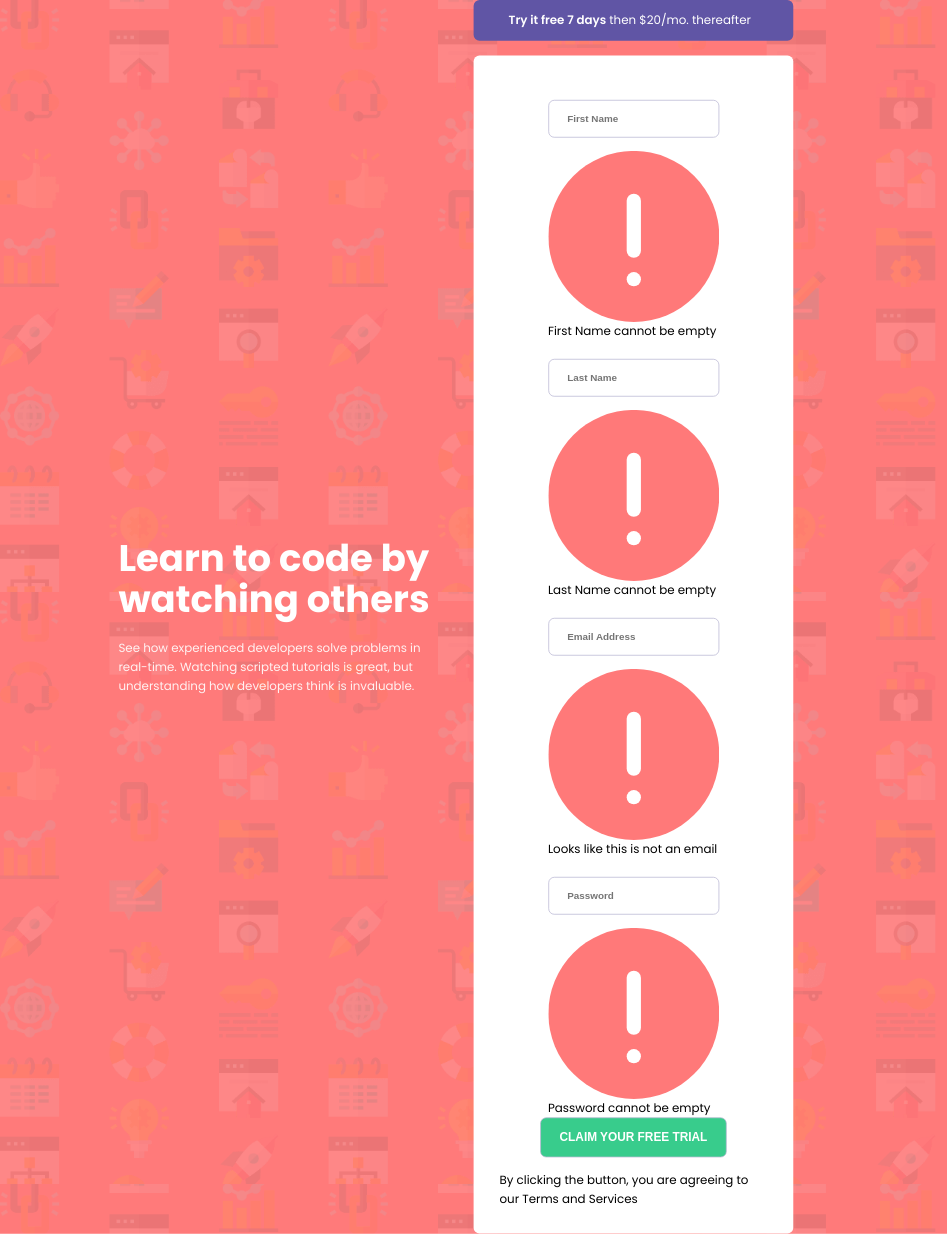
Repository: cipdanila/intro-component-with-sign-up-form
Page: v1/index.html
The author's editor kept a copy of each file at every save. The page is drawn from the files as they stood at one save, then again after the next save.
The browser window is 1280 px wide. The pictures show the whole page, at 74% of full size.

Above is the page before, as saved 2024-02-19 18:57:55.

### v1/index.html
<!DOCTYPE html>
<html lang="en">
    <head>
        <meta charset="UTF-8" />
        <meta name="viewport" content="width=device-width, initial-scale=1.0" />
        <!-- displays site properly based on user's device -->

        <link rel="icon" type="image/png" sizes="32x32" href="./images/favicon-32x32.png" />
        <link rel="stylesheet" href="style/style.css" />
        <title>Frontend Mentor | Intro component with sign up form</title>
    </head>
    <body>
        <main>
            <section class="learn-container">
                <h1>Learn to code by watching others</h1>
                <p>
                    See how experienced developers solve problems in real-time. Watching scripted tutorials is great, but
                    understanding how developers think is invaluable.
                </p>
            </section>
            <section class="form-container">
                <div class="head"><span>Try it free 7 days</span> then $20/mo. thereafter</div>
                <form action="#" id="form">
                    <div>
                        <label for="fname"></label><br />
                        <input type="text" name="fname" id="fname" placeholder="First Name" required />
                        <img src="./images/icon-error.svg" class="error-icon" alt="error-img" />
                        <span class="error-message">First Name cannot be empty</span>
                    </div>
                    <div>
                        <label for="lname"></label><br />
                        <input type="text" name="lname" id="lname" placeholder="Last Name" required />
                        <img src="./images/icon-error.svg" class="error-icon" alt="error-img" />
                        <span class="error-message">Last Name cannot be empty</span>
                    </div>
                    <div>
                        <label for="email"></label><br />
                        <input type="email" name="email" id="email" placeholder="Email Address" required />
                        <img src="./images/icon-error.svg" class="error-icon" alt="error-img" />
                        <span class="error-message">Looks like this is not an email</span>
                    </div>
                    <div>
                        <label for="password"></label><br />
                        <input type="password" name="password" id="password" placeholder="Password" required />
                        <img src="./images/icon-error.svg" class="error-icon" alt="error-img" />
                        <span class="error-message">Password cannot be empty</span>
                    </div>
                    <button type="submit">Claim your free trial</button>
                    <p class="form-footer">By clicking the button, you are agreeing to our <span>Terms and Services</span></p>
                </form>
            </section>
        </main>
    </body>
</html>

### v1/style/style.css
@import url("https://fonts.googleapis.com/css2?family=Poppins:wght@400;500;600;700&display=swap");

:root {
    /* Colors */
    /* Primary */
    --red: hsl(0, 100%, 74%);
    --green: hsl(154, 59%, 51%);
    /* Accent */
    --blue: hsl(248, 32%, 49%);
    /* Neutral */
    --dark-blue: hsl(249, 10%, 26%);
    --grayish-blue: hsl(246, 25%, 77%);
    --white: #fff;
    /* Other variables */
    --font-size-base: 1rem; /* 16px */
    --font-weight-base: 400;
}

*,
*::after,
*::before {
    margin: 0;
    padding: 0;
    box-sizing: border-box;
}

body,
html {
    font-family: "Poppins", sans-serif;
    font-size: var(--font-size-base);
    font-weight: var(--font-weight-base);
}

main {
    display: flex;
    justify-content: center;
    align-items: center;
    min-height: 800px;
    max-width: 1440px;
    background-image: url(/images/bg-intro-desktop.png);
    background-color: var(--red);
    padding: 0 10rem;
}

section {
    max-width: 100%;
    width: 50%;
}

.learn-container {
    color: var(--white);
    padding-right: 30px;
}

.learn-container h1 {
    font-size: 50px;
    line-height: 56px;
    margin-bottom: 25px;
}

.learn-container p {
    line-height: 26px;
    opacity: 0.9;
}

.form-container .head {
    background-color: var(--blue);
    color: var(--white);
    width: 90%;
    padding: 15px 20px;
    text-align: center;
    margin-bottom: 20px;
    border-radius: 0.5rem;
    padding-right: 30px;
}

.head span {
    font-weight: 600;
}

#form {
    width: 90%;
    background-color: var(--white);
    display: flex;
    flex-direction: column;
    align-items: center;
    padding: 35px;
    border-radius: 0.5rem;
}

form div {
    display: flex;
    flex-direction: column;
}

input, button {
    padding: 17px 25px;
    margin-bottom: 18px;
    border: 1px solid var(--grayish-blue);
    border-radius: 0.5rem;
    font-weight: 600;
}

button {
    text-transform: uppercase;
    background-color: var(--green);
    color: var(--white);
    font-size: 1rem;
}

After the next save:
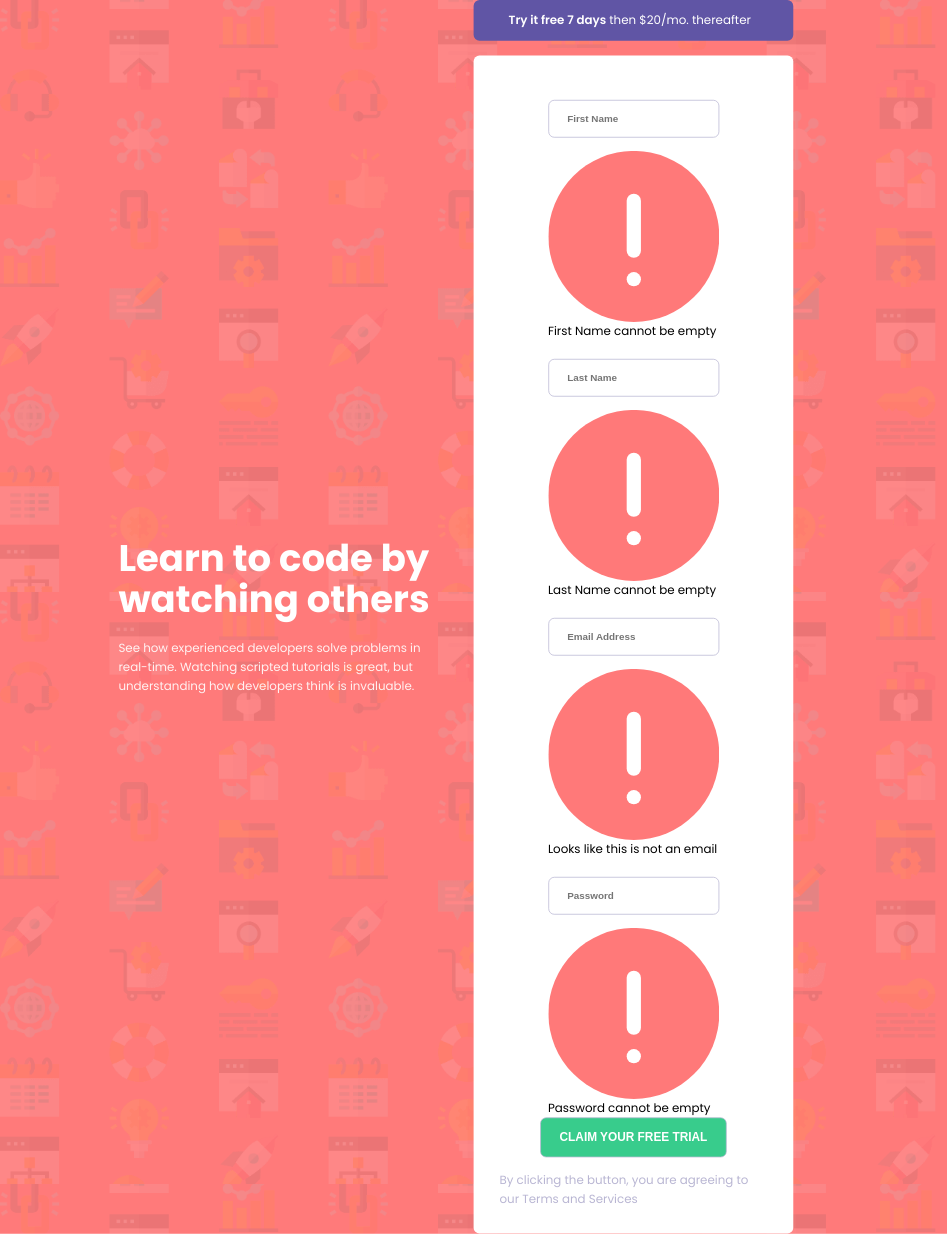
Saved 24 s later.
--- a/v1/style/style.css
+++ b/v1/style/style.css
@@ -107,3 +107,7 @@
     color: var(--white);
     font-size: 1rem;
 }
+
+form p {
+    color: var(--grayish-blue);
+}
